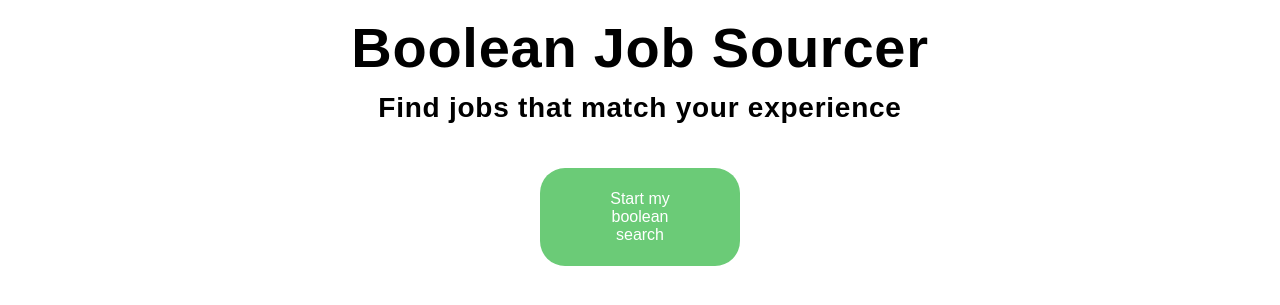
Repository: Rthompson2548/boolean-job-searcher
Page: /
An editor plug-in stored every save of this project. The page is shown before and after the next save, followed by the edit.
The browser window is 1280 px wide. The pictures show the whole page.
The project was rebuilt for these pictures with package versions that can differ from the ones it lists, and the page was loaded fresh each time.

Above is the page before, as saved 2022-03-26 11:26:47.

### public/index.html
<!DOCTYPE html>
<html lang="en">
  <head>
    <meta charset="utf-8" />
    <link rel="icon" href="%PUBLIC_URL%/favicon.ico" />
    <meta name="viewport" content="width=device-width, initial-scale=1" />
    <meta name="theme-color" content="#000000" />
    <meta
      name="description"
      content="Web site created using create-react-app"
    />
    <link rel="preconnect" href="https://fonts.googleapis.com">
    <link rel="preconnect" href="https://fonts.gstatic.com" crossorigin>
    <link href="https://fonts.googleapis.com/css2?family=Inconsolata&family=League+Spartan&display=swap" rel="stylesheet">

    <title>React App</title>
  </head>
  <body>
    <noscript>You need to enable JavaScript to run this app.</noscript>
    <div id="root"></div>
    <!--
      This HTML file is a template.
      If you open it directly in the browser, you will see an empty page.

      You can add webfonts, meta tags, or analytics to this file.
      The build step will place the bundled scripts into the <body> tag.

      To begin the development, run `npm start` or `yarn start`.
      To create a production bundle, use `npm run build` or `yarn build`.
    -->
  </body>
</html>

### src/App.js
import "./styles.css";
// import { CopyToClipboard } from "react-copy-to-clipboard";
import React, { useState, useEffect, useRef } from "react";

export default function App() {
  let searchCategories = [
    "Experience",
    "Location",
    "Tech Stack",
    "Title",
    "Technologies",
    "Company"
  ];

  let defaultCategories = [
    {
      id: 1,
      name: "Experience",
      placeholders: ["Junior", "Entry", "Grad", "Student"]
    },
    {
      id: 2,
      name: "Location",
      placeholders: ["Junior", "Entry", "Grad", "Student"]
    },
    {
      id: 3,
      name: "End",
      placeholders: ["Junior", "Entry", "Grad", "Student"]
    },
    {
      id: 4,
      name: "Title",
      placeholders: ["Junior", "Entry", "Grad", "Student"]
    },
    {
      id: 5,
      name: "Technologies",
      placeholders: ["Junior", "Entry", "Grad", "Student"]
    },
    {
      id: 6,
      name: "Company Name",
      placeholders: ["Junior", "Entry", "Grad", "Student"]
    }
  ];

  const [copyString, setCopyString] = useState("");
  const [addCategory, setAddCategory] = useState(false);
  const [addCategoryBtnText, setAddCategoryBtnText] = useState(
    "Start my boolean search"
  );
  const [category, setCategory] = useState("");
  const [categoryChosen, setCategoryChosen] = useState(false);
  const [categoryOptions, setCategoryOptions] = useState(false);
  const [showCategoryForm, setShowCategoryForm] = useState(false);
  const [showNewCategoryButton, setShowNewCategoryButton] = useState(true);
  const [showName, setShowName] = useState(false);
  const [showForm, setShowForm] = useState(false);
  const [showAddWordBtn, setShowAddWordBtn] = useState(false);
  const [word, setWord] = useState("");
  const [list, setList] = useState([]);
  const [show, setShow] = useState(false);
  const [finishBtn, setFinishBtn] = useState(false);
  const [finished, setFinished] = useState(false);
  const [result, setResult] = useState([]);
  const [doneWarning, setDoneWarning] = useState(false);
  const [goodbyeMessage, setGoodbyeMessage] = useState(false);

  const handleNewCategory = () => {
    setCategory("");
    setAddCategoryBtnText("Add a category");
    setShowNewCategoryButton(false);
    setFinishBtn(false);
    setCategoryOptions(true);
    setCategoryChosen(false);
  };

  const handleCustomCategory = () => {
    setShowCategoryForm(true);
    setCategoryOptions(false);
  };

  const handleCategoryNameChange = (event) => {
    setCategory(event.target.value);
  };

  const submitCategory = () => {
    setAddCategory(false);
    setShowName(true);
    setShowNewCategoryButton(false);
    setShowAddWordBtn(true);
    setShowForm(true);
    setShowCategoryForm(false);
  };

  const handleAddWord = () => {
    setShowForm(true);
    setCategoryOptions(false);
    setCategoryChosen(true);
  };

  const handleCategoryClick = (event) => {
    setCategory(event.target.value);
    setCategoryChosen(true);
  };

  const handleWordChange = (event) => {
    setWord(event.target.value);
  };

  const [noLetters, setNoLetters] = useState(false);

  const submitAsteriskWord = () => {
    if (word.length <= 1) {
      setNoLetters(true);
    } else {
      setList((prevList) => [...prevList, `"${word}*"`]);
      setWord("");
      setShow(true);
      console.log(word);
    }
  };

  const submitWord = () => {
    if (word.length <= 1) {
      setNoLetters(true);
    } else {
      setList((prevList) => [...prevList, `"${word}"`]);
      setWord("");
      setShow(true);
      console.log(word);
    }
  };

  useEffect(() => {
    setCategory(category);
  }, [category]);

  let booleanString = `(${list.join(" OR ")})`;

  const handleSubmitCategoryWords = () => {
    setShowNewCategoryButton(true);
    setShow(false);
    setShowName(false);
    setShowForm(false);
    setFinishBtn(true);
    setResult((previousResult) => [...previousResult, booleanString]);
    console.log(result.join(" AND "));
    console.log(`list: ${list}`);
    setList([]);
    console.log(`list: ${list}`);
    setCopyString(result.join(" AND "));
  };

  const handleGenerateString = () => {
    setFinished(true);
    setFinishBtn(false);
    setShowNewCategoryButton(false);
    setDoneWarning(false);
    // setGoodbyeMessage(true);
  };

  const handleDone = () => {
    setDoneWarning(true);
    setFinished(false);
  };

  const handleConfirmFinished = () => {
    setDoneWarning(false);
    setGoodbyeMessage(true);
    setShow(false);
    setFinished(false);
  };

  return (
    <div className="App">
      <div className="header">
        <h1 className="app-title">Boolean Job Sourcer</h1>
        <h3>Find jobs that match your experience</h3>
      </div>

      {/* <h4>Generate boolean strings to find jobs that match your experience</h4> */}

      {categoryOptions === true && (
        <div>
          <div>
            <p>Click a category below to start</p>
            {/* <br /> */}

            {/* iterates through array of category names and returns a button for each */}
            <div className="category-btns">
              {searchCategories.map((value, i) => (
                <button
                  id="category-btn"
                  className="category-btn"
                  key={i}
                  value={searchCategories[i]}
                  onClick={handleCategoryClick}
                >
                  {value}
                </button>
              ))}

              {/* displays the category name form on click */}
              {/* <button onClick={handleCustomCategory}>Other</button> */}
              <br />
            </div>

            {categoryChosen === true && (
              <button className="continue-btn" onClick={handleAddWord}>
                Continue
              </button>
            )}

            {/* <br /> */}
          </div>
        </div>
      )}

      {showCategoryForm === true && (
        <div>
          <label>Enter a custom category name</label>
          <input
            placeholder="Enter category name"
            onChange={handleCategoryNameChange}
            value={category}
          />
          {/* <br /> */}
          <button onClick={submitCategory}>Submit</button>
        </div>
      )}

      {showForm === true && (
        <div className="keyword-form">
          <h2>{category}</h2>

          <div className="keyword-form-info">
            <div>
              <label>Enter 1 or more keywords</label>
            </div>
            <input
              placeholder="Enter two or more letters..."
              value={word}
              onChange={handleWordChange}
            />
          </div>

          <div className="keyword-btns">
            <button onClick={submitWord}>Include exact keyword</button>
            <button onClick={submitAsteriskWord}>
              Include similar keywords
            </button>
          </div>
        </div>
      )}

      {show === true && (
        <div className="keyword-string">
          {/* <h3>Keywords:</h3> */}
          <h4>{booleanString}</h4>
        </div>
      )}

      {showForm === true && (
        <div>
          {/* <br /> */}
          <button className="continue-btn" onClick={handleSubmitCategoryWords}>
            Continue
          </button>
        </div>
      )}

      {showNewCategoryButton === true && (
        <div>
          <button className="start-btn" onClick={handleNewCategory}>
            {addCategoryBtnText}
          </button>
        </div>
      )}

      {finishBtn === true && (
        <div>
          <button className="done-btn" onClick={handleGenerateString}>
            Submit
          </button>
          {/*
          <CopyToClipboard text={copyString}>
            <button>Copy</button>;
          </CopyToClipboard> */}
        </div>
      )}

      {finished === true && (
        <div className="boolean-string">
          {/* <p>Your boolean string:</p> */}
          <p value={copyString}>{result.join(" AND ")}</p>
          <button className="done-btn" onClick={handleDone}>
            Done
          </button>
        </div>
      )}

      {doneWarning === true && (
        <div className="boolean-string">
          <p>Are you sure? This cannot be undone</p>
          <button className="done-btn" onClick={handleConfirmFinished}>
            Yes, I am done
          </button>
        </div>
      )}

      {goodbyeMessage === true && (
        <div className="goodye-msg boolean-string">
          <p>Goodbye!</p>
          {/* <p value={copyString}>{result.join(" AND ")}</p> */}
          <button
            className="home-btn"
            onClick={() => window.location.reload(false)}
          >
            Home
          </button>
        </div>
      )}
    </div>
  );
}

### src/styles.css
* {
  margin: 0;
  padding: 0;
  background-color: #fff;
  color: #000;
  /* padding: 18px 0; */
}

.App {
  font-family: sans-serif;
  text-align: center;
  letter-spacing: 0.75px;
}

.header {
  line-height: 2rem;
  letter-spacing: 0.75px;
  padding: 32px 0;
}

img {
  width: 250px;
  height: auto;
}

button {
  padding: 12px 36px;
  width: 200px;
  border-radius: 25px;
  background-color: #fff;
  color: #000;
  border: none;
  margin: 12px 0 0 0;
  font-size: 16px;
}

.app-title {
  margin-bottom: 28px;
  font-size: 56px;
}

.header h3 {
  font-size: 28px;
}

.start-btn {
  background-color: #6bcb77;
  color: #fff;
  /* margin-top: 25%; */
  padding: 22px 52px;
}

input {
  background-color: #fff;
  font-size: 16px;
  color: #000;
  /* height: 6px; */
  /* padding: 16px 0 16px 12px; */
  border: 1px solid black;
  border-radius: 10px;
}

.category-btns {
  /* center the element */
  right: 0;
  left: 0;
  margin-right: auto;
  margin-left: auto;
  display: flex;
  flex-direction: column;
  align-items: center;
}

.category-btns button {
  background-color: #ff6b6b;
  color: #fff;
}

.category-buttons button:active,
button:focus {
  /* color: #fff !important;
  background-color: #FFD93D !important; */
}

.category-buttons button:visited:after {
  color: #fff !important;
  background-color: #000 !important;
}

.continue-btn {
  background-color: #4d96ff;
  color: #fff;
}

.keyword-form-info {
  margin-top: 24px;
}

.keyword-form-info input {
  padding: 10px 24px 10px 10px;
  margin-top: 16px;
}

.keyword-btns {
  display: flex;
  justify-content: center;
}

.keyword-btns button {
  background-color: #ff6b6b;
  color: #fff;
  font-size: 14px;
  padding: 10px 23px;
  margin: 16px 12px;
}

.keyword-string {
  padding: 20px;
  font-size: 20px;
  line-height: 2rem;
}

.goodye-msg {
  /* padding-top: 25%; */
  font-size: 42px !important;
}

.goodye-msg button {
  /* background-color: #4D96FF !important; */
  /* vertical-align: middle !important; */
}

.boolean-string {
  font-size: 24px;
  font-weight: bold;
  padding-top: 25%;
}

.boolean-string button {
  background-color: #fa58bc;
  color: #fff;
}

.done-btn {
  background-color: #4d96ff !important;
  color: #fff;
  margin-top: 1.5rem;
}

.home-btn {
  background-color: #6bcb77 !important;
}

Loaded but not shown: src/index.js (common file); src/index.css (no stored copy; drawn as an empty file)

After the next save:
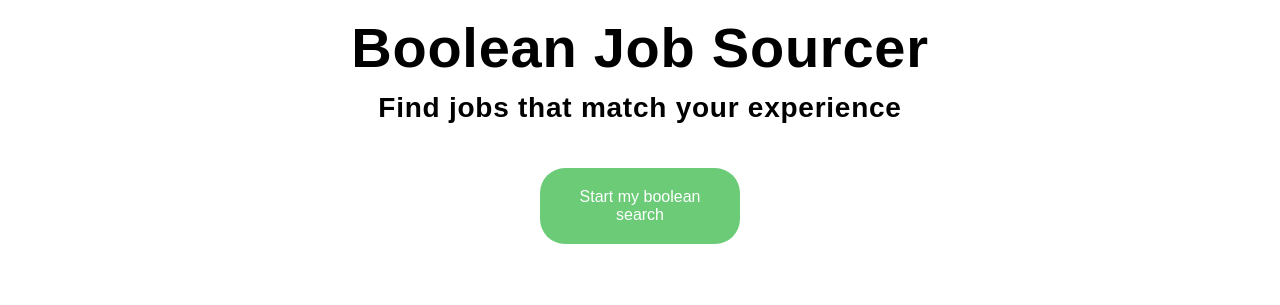
Saved 11 s later.
--- a/src/styles.css
+++ b/src/styles.css
@@ -47,7 +47,7 @@
   background-color: #6bcb77;
   color: #fff;
   /* margin-top: 25%; */
-  padding: 22px 52px;
+  padding: 20px ;
 }
 
 input {
